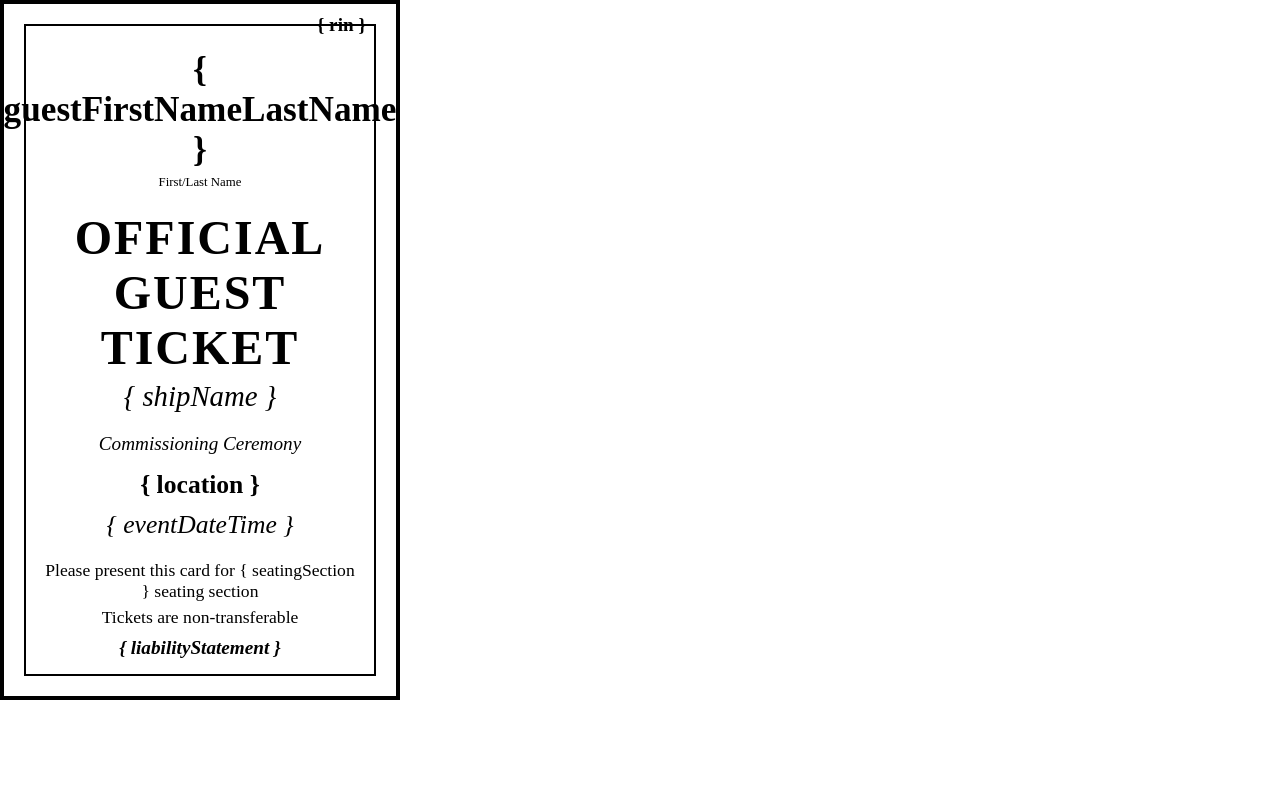
Repository: yaleevans/SabelWeasyPrintPDFLambda
Page: event_ticket_template.html
The author's editor kept a copy of each file at every save. The page is drawn from the files as they stood at one save, then again after the next save.
The browser window is 1280 px wide. The pictures show the whole page.

Above is the page before, as saved 2025-10-17 10:55:31.

After the next save:
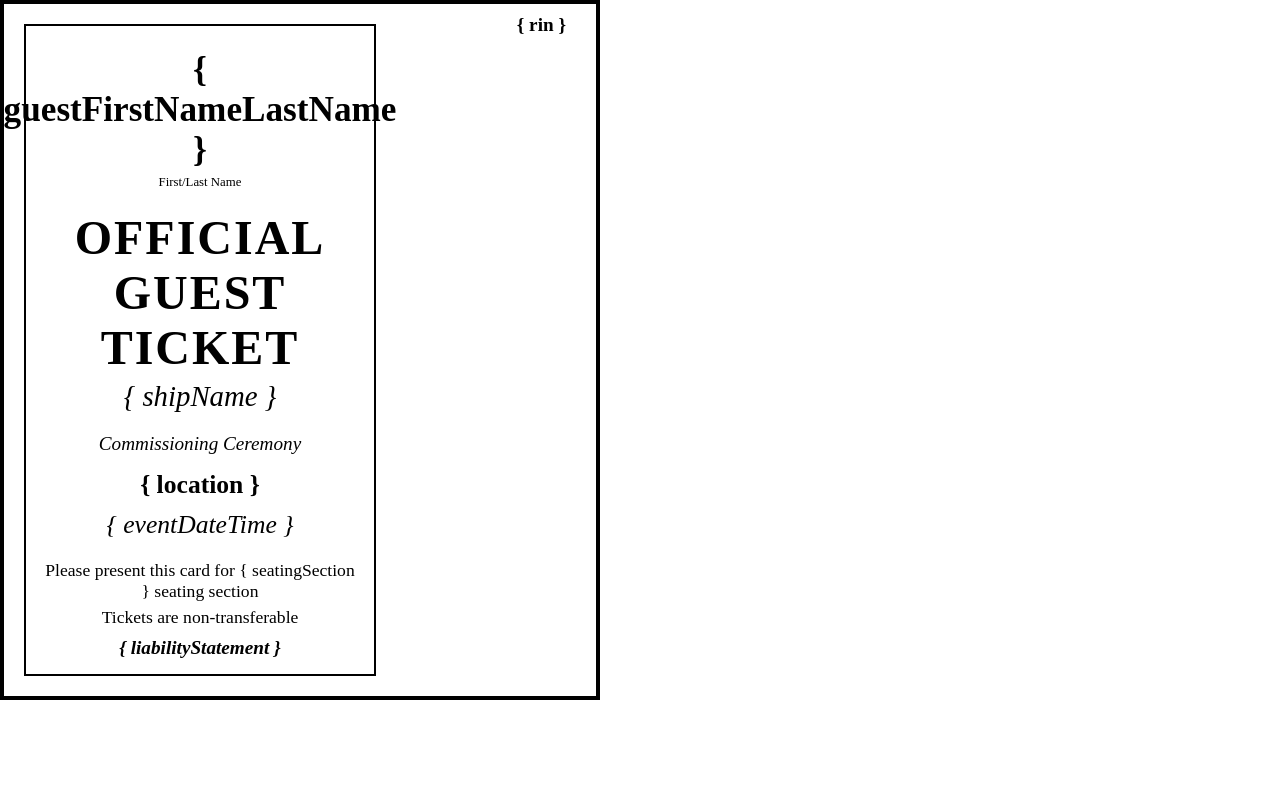
Saved 66 s later.
--- a/event_ticket_template.html
+++ b/event_ticket_template.html
@@ -5,7 +5,7 @@
     <style>
         /* CRITICAL FIX 1: Set the PDF page size to PORTRAIT (400px wide x 700px tall) */
         @page {
-            size: 600px 900px;
+            size: 600px 700px;
             margin: 0; /* Remove default page margins */
         }
 
@@ -19,8 +19,8 @@
             height: 800px;
         }
         .ticket-container {
-            /* This is the final visible ticket box, set to the full page size (400x700) */
-            width: 400px;
+            /* This is the final visible ticket box, set to the full page size (600x800) */
+            width: 600px;
             height: 700px;
 
             /* Outer Border (4px) and Padding (20px) consumption: 48px on both axes */
